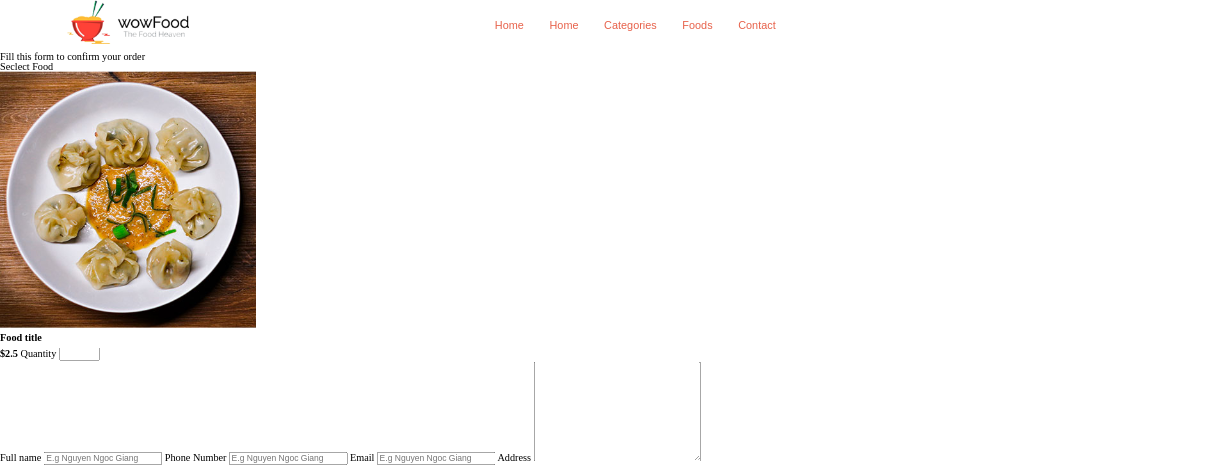
Repository: ruaruababa/WowFood
Page: order.html
An editor plug-in stored every save of this project. The page is shown before and after the next save, followed by the edit.
The browser window is 1280 px wide. The page is 1280 px wide, then 1920 px, so the pictures cover 1920 px, including what lies to the right of the window. The pictures show the whole page, at 64% of full size.

Above is the page before, as saved 2021-09-19 21:49:12.

### order.html
<!DOCTYPE html>
<html lang="en">

<head>
    <meta charset="UTF-8">
    <meta http-equiv="X-UA-Compatible" content="IE=edge">
    <meta name="viewport" content="width=device-width, initial-scale=1.0">
    <title>Order Food</title>
    <link rel="stylesheet" href="./style.css">
    <link rel="stylesheet" href="./reset.css">
</head>

<body>
    <nav>
        <input type="checkbox" id="check" />
        <label for="check" class="checkbtn">
            <i class="fas fa-bars"></i>
        </label>
        <label class="logo">
            <img src="./img/logo.png" alt="" class="img-logo" />
        </label>
        <ul class="navbar">
            <li><a class="active" href="#">Home</a></li>
            <li><a href="#">Home</a></li>
            <li><a href="#">Categories</a></li>
            <li><a href="#">Foods</a></li>
            <li><a href="#">Contact</a></li>
        </ul>
    </nav>
    <section id=section-order>
        <div class="container-order">
            <form action="">
                <h3 class="title-order">Fill this form to confirm your order</h3>
                <label for="" class="seclect">Seclect Food</label>
                <div class="container-seclect-food">
                    <div class="img-food">
                        <img src="./img/menu-momo.jpg" alt="" class="bgr-item" />
                    </div>
                    <div class="content-food">
                        <h6 class="title-item">Food title</h6>
                        <span class="price-item">$2.5</span>
                        <label for="" class="quantity">Quantity</label>
                        <input type="number" min="1" max="100">
                    </div>
                </div>
                <div class="container-delivery-title">
                    <lable class="full-name">Full name</lable>
                    <input type="text" placeholder="E.g Nguyen Ngoc Giang">
                    <lable class="phone-number">Phone Number</lable>
                    <input type="text" placeholder="E.g Nguyen Ngoc Giang">
                    <lable class="email">Email</lable>
                    <input type="text" placeholder="E.g Nguyen Ngoc Giang">
                    <lable class="Address">Address</lable>
                    <textarea name="address" id="" cols="30" rows="10"></textarea>


                </div>
            </form>
        </div>
    </section>
</body>

</html>

### style.css

li {
  text-decoration: none;
}

a {
  text-decoration: none;
}

nav {
  height: 80px;
  width: 100%;
}

label.logo {
  padding: 0 100px;
}

nav ul {
  float: right;
  margin-right: 50px;
}

nav ul li {
  display: inline-block;
  line-height: 80px;
  margin: 0 5px;
  font-family: "Poppins", sans-serif;
}

nav ul li a {
  color: #e7614a;
  font-size: 17px;
  padding: 7px 13px;
  border-radius: 3px;
}

.checkbtn {
  font-size: 30px;
  color: white;
  float: right;
  line-height: 80px;
  margin-right: 40px;
  cursor: pointer;
  display: none;
}

#check {
  display: none;
}

ul:hover li {
  filter: blur(3px);
  opacity: 0.5;
  transform: scale(0.98);
  box-shadow: none;
}

ul:hover li:hover {
  transform: scale(1.1);
  filter: blur(0px);
  opacity: 1;
  box-shadow: 0 8px 20px 0px rgba(0, 0, 0, 0.125);
}

.container-section-search {
  position: relative;
  text-align: center;
  margin-top: 15px;
}

.background-search {
  height: 250px;
}

.background-search img {
  height: inherit;
  width: 100%;
  object-fit: cover;
}

.form {
  width: 100%;
  position: absolute;
  top: 50%;
  left: 50%;
  transform: translate(-50%, -50%);
  height: 22px;
}

.input-search {
  width: 35%;
  height: inherit;
}

.btn-search {
  background-color: rgba(250, 59, 59, 0.849);
  border: none;
  border-radius: 5px;
  font-size: 14px;
  color: white;
  cursor: pointer;
  padding: 3px;
}

#section-collection {
  position: relative;
}

.container-section-collection {
  height: max-content;
}

.explore-food {
  padding-top: 70px;
  text-align: center;
  font-size: 24px;
  font-family: "Poppins", sans-serif;
}

.collection-food {
  width: 100%;
}

.list-food {
  margin-top: 50px;
  display: flex;
  justify-content: center;
  column-gap: 50px;
}

.list-food li {
  width: 330px;
  height: 400px;
  transition: 0.2s all;
}

.list-food li:hover {
  transform: scale(0.95);
}

.list-food li img {
  width: 100%;
  height: 100%;
  object-fit: cover;
  border-radius: 10px;
}

.list-food li span {
  font-family: "Poppins", sans-serif;
  display: block;
  font-size: 20px;
  text-align: center;
  color: #ffffff;
  margin-top: -50px;
}

article {
  background-color: #ececec;
}

.title-food-menu {
  padding-top: 70px;
  font-size: 24px;
  text-align: center;
  font-family: "Poppins", sans-serif;
}

.container-menu {
  padding-top: 50px;
  display: grid;
  grid-gap: 20px;
  grid-template-columns: repeat(auto-fit, minmax(550px, 1fr));
  grid-auto-rows: 180px;
  justify-items: center;
  font-family: "Poppins", sans-serif;
}

.container-item:nth-child(odd) {
  justify-self: end;
}

.container-item:nth-child(even) {
  justify-self: start;
}

.container-item {
  background-color: #ffffff;
  display: flex;
  align-items: center;
  border-radius: 15px;
}

.container-item img {
  width: 25%;
  height: 70%;
  object-fit: cover;
  border-radius: 15px;
  margin: 0 28px;
}

.container-item .item-content {
  width: 100%;
  height: 70%;
  object-fit: cover;
  border-radius: 15px;
  margin: 0 28px;
}

.item-content {
  display: inline-block;
}

.title-item {
  font-size: 16px;
  font-weight: bold;
  line-height: 25px;
}

.price-item {
  line-height: 25px;
  font-weight: bold;
}

.des-item {
  font-size: 14px;
  line-height: 20px;
  color: #747d9c;
}

.oder-item {
  text-decoration: none;
  background-color: #f56b81;
  color: white;
  border-radius: 5px;
  padding: 3px;
  display: inline-block;
}

.footer-food-menu {
  margin-top: 30px;
}

.see-all-foods {
  display: block;
  text-align: center;
  text-decoration: none;
  color: #f56b81;
  padding-bottom: 50px;
  font-family: "Poppins", sans-serif;
  transition: 0.2s all;
}

.see-all-foods:hover {
  text-decoration: underline;
  transform: scale(1.1);
}

.social-network-icon {
  display: flex;
  justify-content: center;
  margin-top: 30px;
}

.icon-insta {
  margin: 0 30px;
}

.license {
  margin-top: 40px;
  margin-bottom: 30px;
  font-family: "Poppins", sans-serif;
}

.license p {
  text-align: center;
}

.license p a {
  text-decoration: none;
  color: #e7614a;
}

@media (max-width: 952px) {
  label.logo {
    padding-left: 50px;
  }

  nav ul li a {
    font-size: 16px;
  }

  .container-item:nth-child(odd) {
    justify-self: center;
  }

  .container-item:nth-child(even) {
    justify-self: center;
  }
}

@media (max-width: 858px) {
  i {
    color: black;
  }

  .checkbtn {
    display: block;
  }

  .navbar {
    position: fixed;
    width: 100%;
    height: 250px;
    left: -100%;
    text-align: center;
    transition: all 0.5s;
    z-index: 2;
    background-color: #ffffff;
  }

  nav ul li {
    display: block;
    margin: 10px 0;
    line-height: 30px;
  }

  nav ul li a {
    font-size: 20px;
  }

  #check:checked ~ ul {
    left: 0;
  }

  .container-section-collection {
    height: max-content;
  }
}

section {
  position: relative;
}
@media (max-width: 858px) {
   .container-menu {
    padding-top: 50px;
    display: grid;
    grid-gap: 20px;
    grid-template-columns: repeat(auto-fit, minmax(550px, 1fr));
    grid-auto-rows: 180px;
    justify-items: center;
    font-family: "Poppins", sans-serif;
  }
}

@media (max-width: 414px) {
  label img {
    margin-left: -50px;
  }
  i.fa-bars {
    margin-right: -20px;
  }
  .navbar {
    position: fixed;
    width: 414px;
    height: 250px;
    left: -100%;
    text-align: center;
    transition: all 0.5s;
    z-index: 2;
    background-color: #ffffff;
  }

  nav ul li {
    display: block;
    margin: 10px 0;
    line-height: 30px;
  }

  nav ul li a {
    font-size: 20px;
  }

  #check:checked ~ ul {
    left: 0;
  }
  .list-food {
    display: flex;
    flex-direction: column;
    gap: 15px;
  }

  .item {
    align-self: center;
  }

  .container-menu {
    padding-top: 50px;
    display: grid;
    grid-gap: 20px;
    grid-template-columns: repeat(auto-fit, minmax(375px, 1fr));
    grid-auto-rows: 180px;
    justify-items: center;
    font-family: "Poppins", sans-serif;
  }
}

@media (max-width: 375px) {
  label img {
    margin-left: -50px;
  }
  i.fa-bars {
    margin-right: -20px;
  }
  .navbar {
    position: fixed;
    width: 375px;
    height: 250px;
    left: -100%;
    text-align: center;
    transition: all 0.5s;
    z-index: 2;
    background-color: #ffffff;
  }

  nav ul li {
    display: block;
    margin: 10px 0;
    line-height: 30px;
  }

  nav ul li a {
    font-size: 20px;
  }

  #check:checked ~ ul {
    left: 0;
  }

  .list-food {
    display: flex;
    flex-direction: column;
    gap: 15px;
  }

  .item {
    align-self: center;
  }

  .container-menu {
    padding-top: 50px;
    display: grid;
    grid-gap: 20px;
    grid-template-columns: repeat(auto-fit, minmax(375px, 1fr));
    grid-auto-rows: 180px;
    justify-items: center;
    font-family: "Poppins", sans-serif;
  }
  @media (max-width: 320px) {
  label img {
    margin-top: -70px;
    margin-left: -50px;
    padding-bottom: 10px;
  }
  i.fa-bars {
    margin-right: -20px;
    padding-top: 20px;
  }
  .navbar {
    position: fixed;
    width: 320px;
    height: 250px;
    left: -100%;
    text-align: center;
    transition: all 0.5s;
    z-index: 2;
    background-color: #ffffff;
    margin-top: -5px;
  }

  nav ul li {
    display: block;
    margin: 10px 0;
    line-height: 30px;
  }

  nav ul li a {
    font-size: 20px;
  }

  #check:checked ~ ul {
    left: 0;
  }

  .list-food {
    display: flex;
    flex-direction: column;
    gap: 15px;
  }

  .item {
    align-self: center;
  }

  .container-menu {
    padding-top: 50px;
    display: grid;
    grid-gap: 20px;
    grid-template-columns: repeat(auto-fit, minmax(319px, 1fr));
    grid-auto-rows: 180px;
    justify-items: center;
    font-family: "Poppins", sans-serif;
  }
}

/* article{
  position: relative;
  top: 200px;
} */

Loaded but not shown: reset.css (common file)

After the next save:
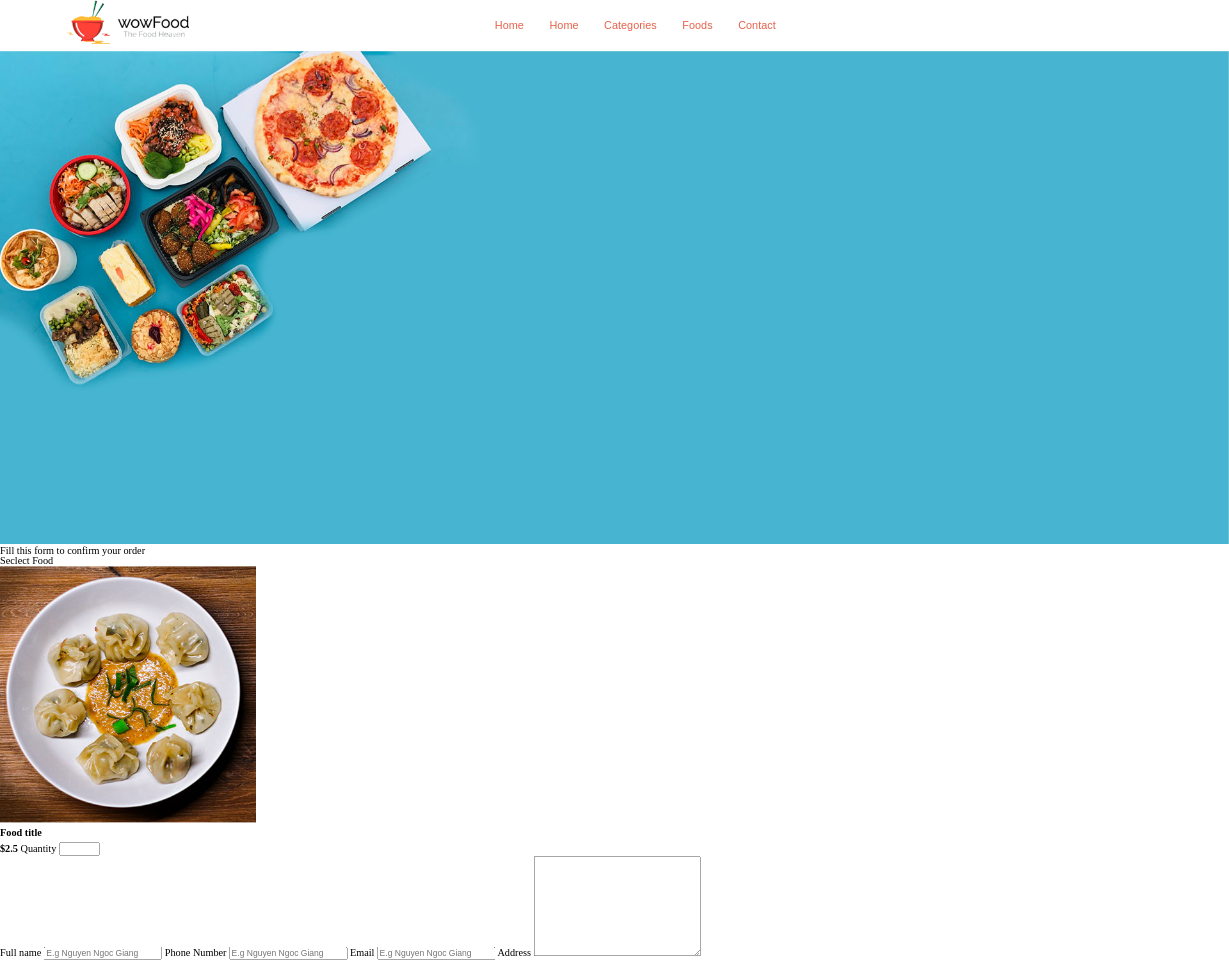
Saved 4 s later.
--- a/order.html
+++ b/order.html
@@ -28,6 +28,7 @@
         </ul>
     </nav>
     <section id=section-order>
+        <img src="./img/bg.jpg" alt="" class="bgr">
         <div class="container-order">
             <form action="">
                 <h3 class="title-order">Fill this form to confirm your order</h3>
